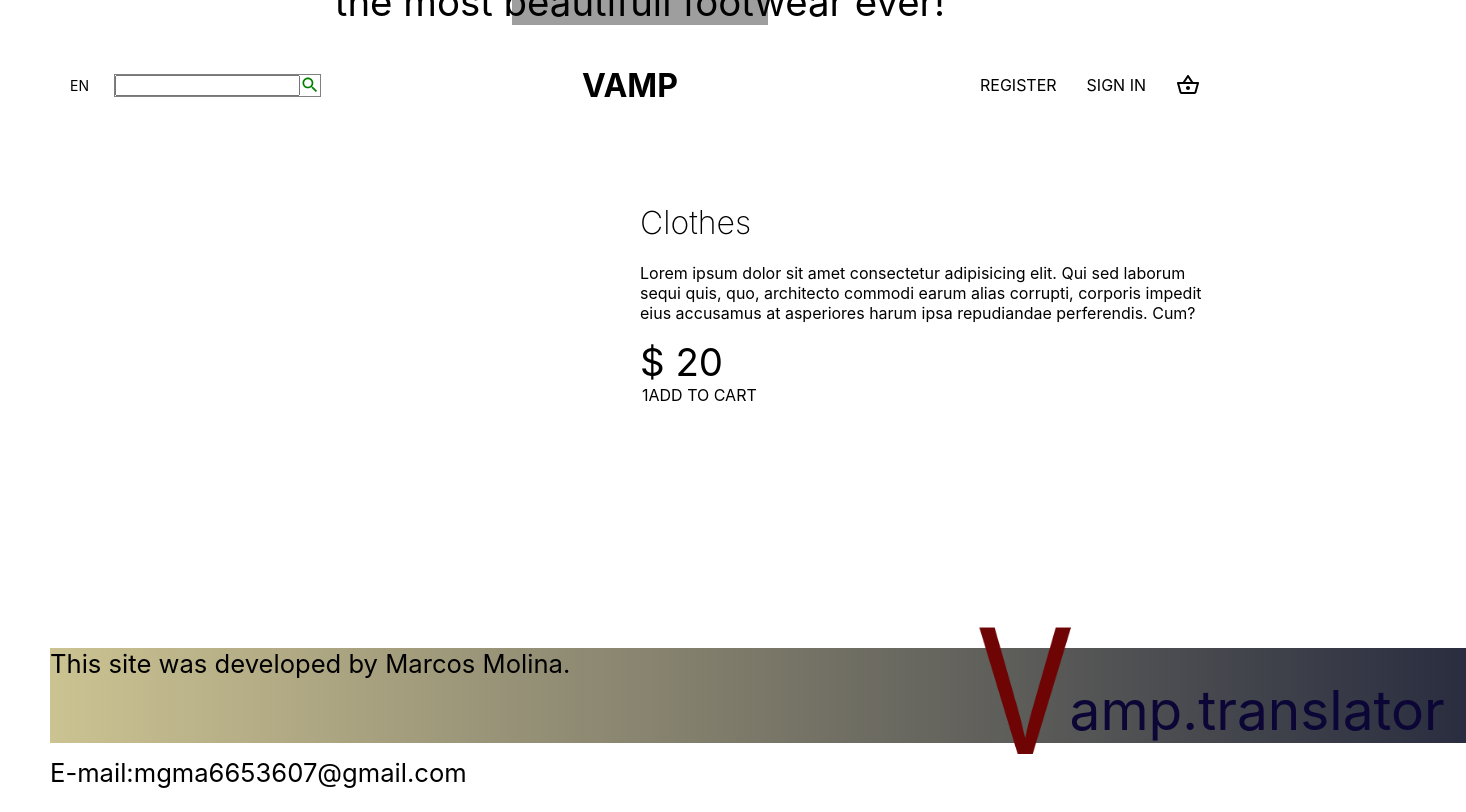
Repository: mgma2005/ecoeli
Page: /
These files come from the project's save history. The page is drawn as it stood at one moment and after a run of saves; the edit follows.
The browser window is 1280 px wide. The page is 1466 px wide, then 1407 px, so the pictures cover 1466 px, including what lies to the right of the window. The pictures show the part of the page from y = 148 to 960 px (the page is 960 px tall).
Pictures or frames that could not be fetched are drawn as grey boxes. The project was rebuilt for these pictures with package versions that can differ from the ones it lists, and the page was loaded fresh each time. Also part of the build but not shown: src/App.css.

Above is the page before, as saved 2022-05-14 17:42:26.

### src/App.js

import './App.css';
//import Home from './pages/Home';
import React from 'react';
//import ProductList from './pages/ProductList';
import Product from './pages/Product';


function App() {
  return <Product />
}

export default App;

### src/pages/Product.jsx
import { Add } from "@material-ui/icons";
import { Remove } from "@material-ui/icons";
import styled from "styled-components";
//import Product from '../pages/Product';
import Announcement from "../Components/Announcement";
import Navbar from '../pages/Navbar';
import Footer from '../Components/Footer';




const Container = styled.div`
  padding: 50px;

`;

const Wrapper = styled.div`
  display: flex;
`;

const ImgContainer = styled.div`
  flex: 1;
`;

const Image = styled.div`
  width: 100%;
  height: 90vh;
  object-fit: cover;
`;

const InfoContainer = styled.div`
  flex: 1;
  padding: 0px 50 px;
`;

const Title = styled.h1`
  font-weight: 200;
  margin-top: 20%;
`;

const Desc = styled.p``;

const Price = styled.span`
  font-size: 3vw;
`;

const AddContainer = styled.option`
  display: flex;
  align-items: center;
  width: 50%;
  justify-content: space-between;
`;
const AmountContainer = styled.div`
  display: flex;
  align-items: center;
  font-weight: 700;
`;
const Amount = styled.span``;

const Button = styled.button``;





const Product = ({ item }) => {
  return (
    <Container>
        <Announcement/>
        <Navbar/>
        <Wrapper>
        <ImgContainer>
        <Image src="https://www.tactimex.com/wp-content/uploads/2018/11/Googles1.jpg"/>
        </ImgContainer>
        <InfoContainer>
          <Title>Clothes</Title>
          <Desc>Lorem ipsum dolor sit amet consectetur adipisicing elit. Qui sed laborum sequi quis, quo, architecto commodi earum alias corrupti, corporis impedit eius accusamus at asperiores harum ipsa repudiandae perferendis. Cum? </Desc>
          <Price>$ 20</Price>
          <AddContainer>

            <AmountContainer>
              <Remove/>
              <Amount>1</Amount>
              <Add/>
            </AmountContainer>
            <Button>ADD TO CART</Button>
          </AddContainer>
        </InfoContainer>
      </Wrapper>
      <Footer />
    </Container>
  );
};

export default Product;

### src/Components/Announcement.jsx
import styled from "styled-components";
import React from "react";

const Text = styled.div`
  font-size: 5vw;
  text-align: center;
  background-image: url("https://img.freepik.com/foto-gratis/bandera-argentina-sobre-fondo-blanco_532129-292.jpg?w=900");
  background-size: 20vw;
  background-repeat: no-repeat;
  background-position: center;



`

const P = styled.div`
  font-size: 3vw;
`


const Announcement = () => {
  return (
    <Text>
          Wellcome to Miss Argentina...
        <P>
          the most beautifull footwear ever!
        </P>
    </Text>
  )
}

export default Announcement

### src/pages/Navbar.jsx
import React from 'react';
import styled from 'styled-components';
import { Search, ShoppingBasketOutlined } from "@material-ui/icons";
import { Badge } from '@material-ui/core';



const Container = styled.div`
height: 60px;

`

const Wrapper = styled.div`
padding: 10px 20px;
display: flex;
align-items: center;
justify-content: space-between;

`

const Left = styled.div`
flex: 1;
display: flex;
align-items: center;
`

const Language = styled.span`
    font-size: 14px;
    cursor: pointer;
`

const SearchContainer = styled.div`
    border: 1px solid gray;
    display: flex;
    align-items: center;
    margin-left: 25px;
`

const Input = styled.input`
    border= none;
`
const Logo = styled.h1`
    font-weight: bold;
`


const Center = styled.div`
flex: 1;
text-align: center;
`
const Right = styled.div`
flex: 1;
display: flex;
align-items: center;
justify-content: flex-end;
`

const MenuItem = styled.div`
    font-size= 14px;
    cursor: pointer;
`

function Navbar() {
    return (
        <Container>
            <Wrapper>
            <Left>
               <Language>EN</Language>
               <SearchContainer>
                   <Input/>
                   <Search style={{color:"green", fontSize: 20}}/>
               </SearchContainer>
            </Left>
            <Center><Logo>VAMP</Logo></Center>
            <Right style={{padding: 5, margin: 5}}>
                <MenuItem>REGISTER</MenuItem>
                <MenuItem style={{padding: 30}}>SIGN IN</MenuItem>
                <MenuItem>
                <Badge badgecontent={4} color="primary">
                    <ShoppingBasketOutlined/>
                </Badge>
                </MenuItem>

            </Right>
            </Wrapper>
        </Container>
    );
}

export default Navbar;

### src/Components/Footer.jsx
import React from 'react';
import '../style.css';

  function Footer() {
	return (
		<div className="row">
			<div className="cont2">
				<div className="thissite">This site was developed by Marcos Molina.</div>
				<div className="email">E-mail:mgma6653607@gmail.com</div>
				<div className="col-6">
					<div className="V">V</div>
					<div className="ampi">amp.translator</div>
				</div>
			</div>
		</div>
	);
}

export default Footer;

### src/style.css
.cont2{
    margin-left: -%;
    width: 120%;
    height: auto;
    background: linear-gradient(to right, rgb(204, 195, 146),rgb(41, 45, 63));

}

.thissite{
    font-size: 2vw;
    width: 70vw;

    margin-top: -6%;

}

.email{
    font-size: 2vw;
    align-content: center;
    margin-top: 5.5%;

}

.V{

        color: rgb(110, 4, 4);
        font-family: Courier;
        font-size: 15vw;
        margin-left: 64%;
        margin-top: -13.7%;



        animation-name: vamp;
        animation-timing-function: linear;
        animation-duration: 4s;
        -webkit-transform-origin-x: 5vw;
        animation-iteration-count: infinite;
    }
    @keyframes vamp{
        from{transform: rotateY(0deg);}
        to{transform: rotateY(360deg);}
    }


.ampi{
    font-size: 4.3vw;
    margin-left: 72%;
    margin-top: -9.5%;
    color: rgb(11, 6, 53);



}

Loaded but not shown: public/index.html (common file); src/index.js (common file); src/index.css (common file); src/reportWebVitals.js (common file)

After the next 2 saves:
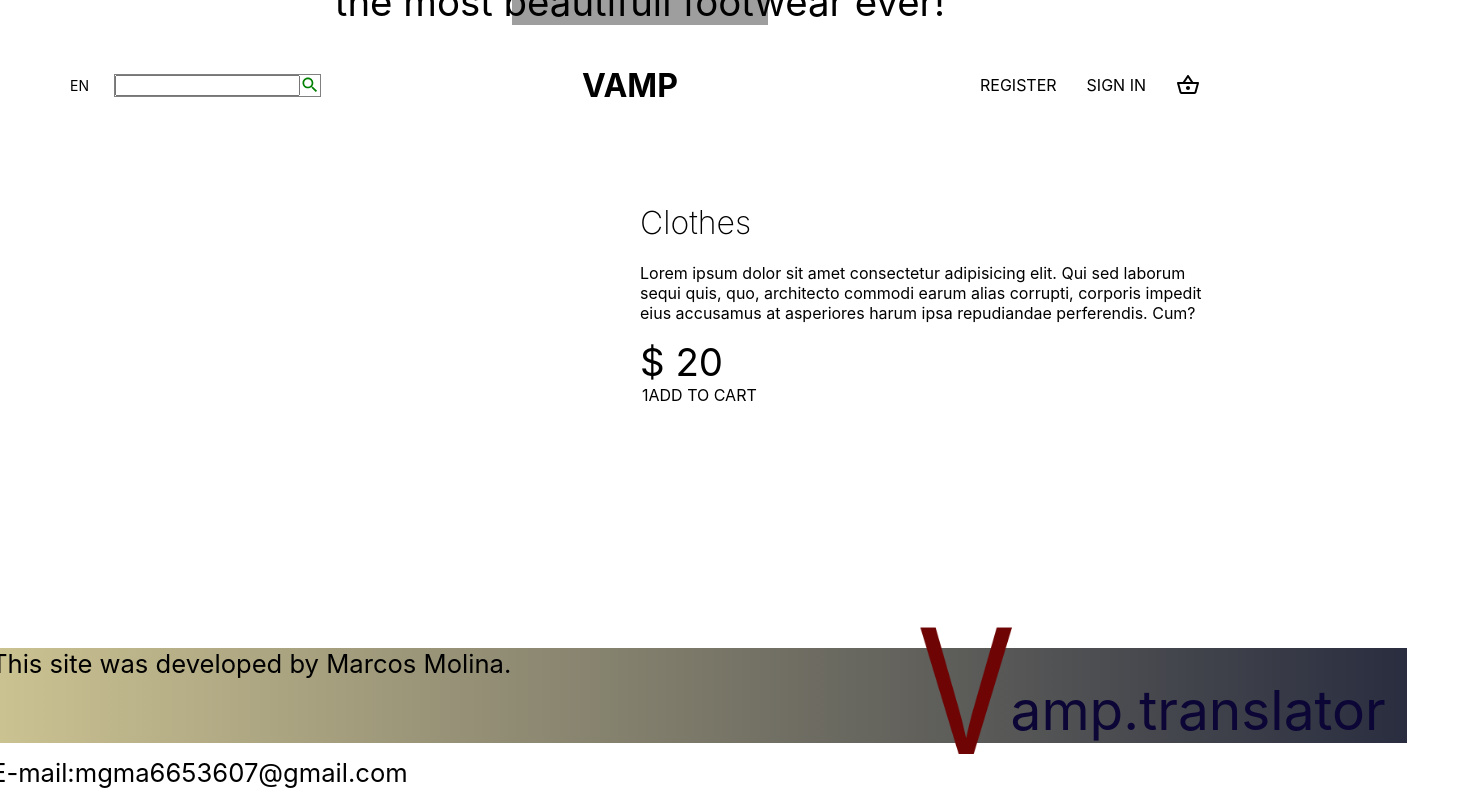
The 2 saves are shown as one change because they came seconds apart.
The last was saved 6 s later.
--- a/src/style.css
+++ b/src/style.css
@@ -1,5 +1,5 @@
 .cont2{
-    margin-left: -%;
+    margin-left: -5%;
     width: 120%;
     height: auto;
     background: linear-gradient(to right, rgb(204, 195, 146),rgb(41, 45, 63));
